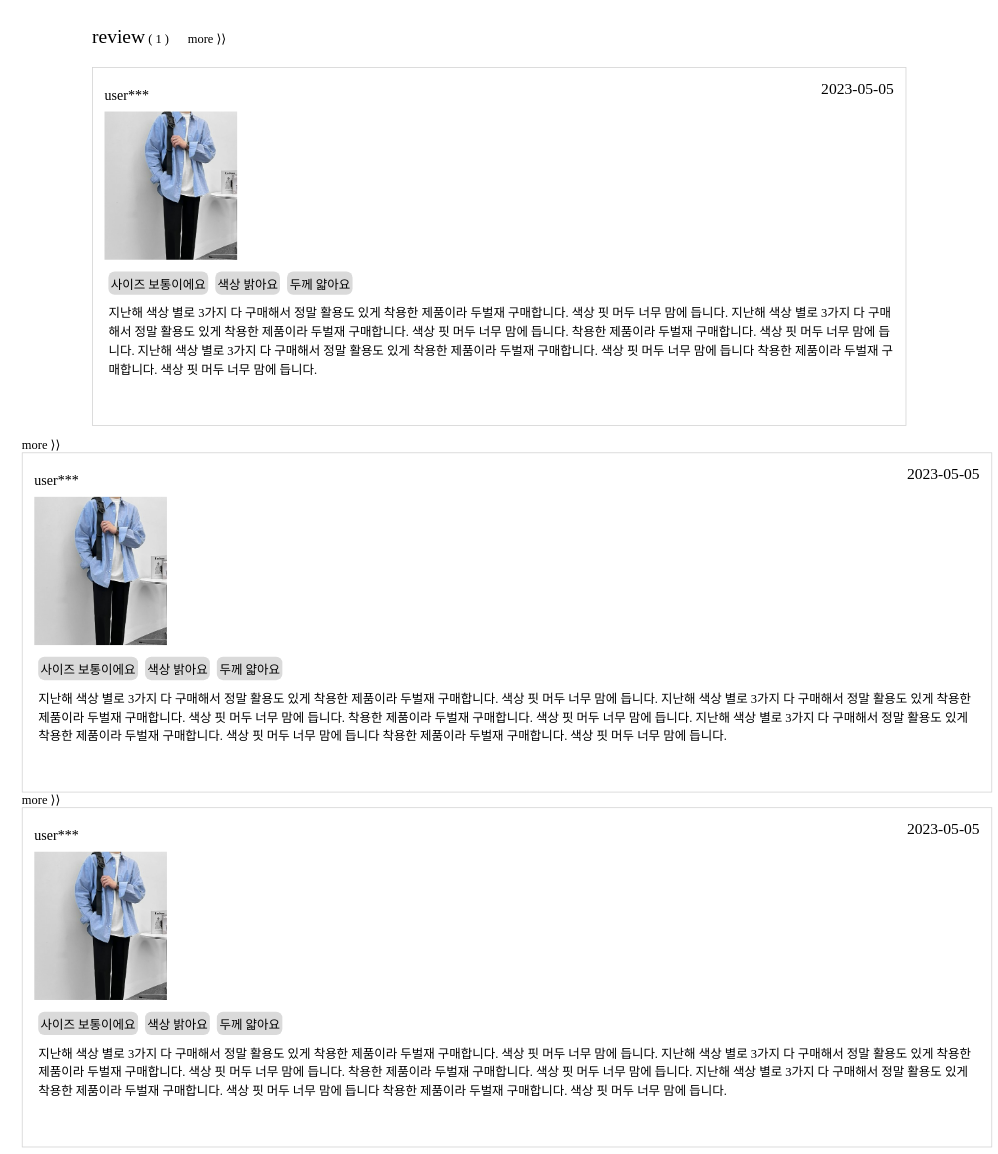
Repository: mcw9503/PassionForFashion
Page: Semi_Project/src/main/webapp/WEB-INF/reviewBoard.html
An editor plug-in stored every save of this project. The page is shown before and after the next save, followed by the edit.
The browser window is 1280 px wide. The pictures show the whole page, at 78% of full size.

Above is the page before, as saved 2023-05-08 13:41:05.

### Semi_Project/src/main/webapp/WEB-INF/reviewBoard.html
<!DOCTYPE html>
<html>
<head>
<meta charset="UTF-8">
<title>Insert title here</title>
</head>
<body>

<style>

.reviewComment {
	display: inline-block;
	background: rgb(218, 218, 218);
	border-radius: 8px;
	padding: 3px;
	color: black;
	margin-left: 5px;
}
</style>

<div class="reviewWrap"
		style="margin-left: 110px; margin-right: 110px; margin-top: 5px; margin-bottom: 15px;">
		<h3 style="display: inline-block; font-size: 25px; font-weight: 200;">review</h3>
		( <span>1</span> )
		<span style="margin-left: 20px; font-weight: 200;"> more &rang;&rang;</span>
		<div class="textbox" style="border: 1px solid lightgray; padding: 15px;">
			<div>
				<div class="nickName"
					style="font-size: 18px; margin-top: 10px; margin-bottom: 10px; display: inline-block; font-weight: 400;">user***</div>
				<span style="float: right; font-size: 20px; font-weight: 200;">2023-05-05</span>
			</div>
			<img src="img/review.jpg" alt=""
				style="width: 170px; height: 190px; display: inline-block; float: left; margin-bottom: 15px" />

			<div style="display: inline-block; width: 100%; margin-bottom: 30px;">
				<span class="reviewComment" style="font-weight: 400;">사이즈 보통이에요</span>
				<span class="reviewComment" style="font-weight: 400;">색상 밝아요</span>
				<span class="reviewComment" style="font-weight: 400;">두께 얇아요</span>

				<p style="margin-left: 5px; margin-top: 10px; font-weight: 200;">지난해 색상 별로 3가지 다
					구매해서 정말 활용도 있게 착용한 제품이라 두벌재 구매합니다. 색상 핏 머두 너무 맘에 듭니다. 지난해 색상 별로 3가지
					다 구매해서 정말 활용도 있게 착용한 제품이라 두벌재 구매합니다. 색상 핏 머두 너무 맘에 듭니다. 착용한 제품이라
					두벌재 구매합니다. 색상 핏 머두 너무 맘에 듭니다. 지난해 색상 별로 3가지 다 구매해서 정말 활용도 있게 착용한
					제품이라 두벌재 구매합니다. 색상 핏 머두 너무 맘에 듭니다 착용한 제품이라 두벌재 구매합니다. 색상 핏 머두 너무 맘에
					듭니다.</p>
			</div>
		</div>
	</div>

	<div class="reviewWrap"
		<span style="margin-left: 20px; font-weight: 200;"> more &rang;&rang;</span>
		<div class="textbox" style="border: 1px solid lightgray; padding: 15px;">
			<div>
				<div class="nickName"
					style="font-size: 18px; margin-top: 10px; margin-bottom: 10px; display: inline-block; font-weight: 400;">user***</div>
				<span style="float: right; font-size: 20px; font-weight: 200;">2023-05-05</span>
			</div>
			<img src="img/review.jpg" alt=""
				style="width: 170px; height: 190px; display: inline-block; float: left; margin-bottom: 15px" />

			<div style="display: inline-block; width: 100%; margin-bottom: 30px;">
				<span class="reviewComment" style="font-weight: 400;">사이즈 보통이에요</span>
				<span class="reviewComment" style="font-weight: 400;">색상 밝아요</span>
				<span class="reviewComment" style="font-weight: 400;">두께 얇아요</span>

				<p style="margin-left: 5px; margin-top: 10px; font-weight: 200;">지난해 색상 별로 3가지 다
					구매해서 정말 활용도 있게 착용한 제품이라 두벌재 구매합니다. 색상 핏 머두 너무 맘에 듭니다. 지난해 색상 별로 3가지
					다 구매해서 정말 활용도 있게 착용한 제품이라 두벌재 구매합니다. 색상 핏 머두 너무 맘에 듭니다. 착용한 제품이라
					두벌재 구매합니다. 색상 핏 머두 너무 맘에 듭니다. 지난해 색상 별로 3가지 다 구매해서 정말 활용도 있게 착용한
					제품이라 두벌재 구매합니다. 색상 핏 머두 너무 맘에 듭니다 착용한 제품이라 두벌재 구매합니다. 색상 핏 머두 너무 맘에
					듭니다.</p>
			</div>
		</div>
	</div>


	<div class="reviewWrap"
		<span style="margin-left: 20px; font-weight: 200;"> more &rang;&rang;</span>
		<div class="textbox" style="border: 1px solid lightgray; padding: 15px;">
			<div>
				<div class="nickName"
					style="font-size: 18px; margin-top: 10px; margin-bottom: 10px; display: inline-block; font-weight: 400;">user***</div>
				<span style="float: right; font-size: 20px; font-weight: 200;">2023-05-05</span>
			</div>
			<img src="img/review.jpg" alt=""
				style="width: 170px; height: 190px; display: inline-block; float: left; margin-bottom: 15px" />

			<div style="display: inline-block; width: 100%; margin-bottom: 30px;">
				<span class="reviewComment" style="font-weight: 400;">사이즈 보통이에요</span>
				<span class="reviewComment" style="font-weight: 400;">색상 밝아요</span>
				<span class="reviewComment" style="font-weight: 400;">두께 얇아요</span>

				<p style="margin-left: 5px; margin-top: 10px; font-weight: 200;">지난해 색상 별로 3가지 다
					구매해서 정말 활용도 있게 착용한 제품이라 두벌재 구매합니다. 색상 핏 머두 너무 맘에 듭니다. 지난해 색상 별로 3가지
					다 구매해서 정말 활용도 있게 착용한 제품이라 두벌재 구매합니다. 색상 핏 머두 너무 맘에 듭니다. 착용한 제품이라
					두벌재 구매합니다. 색상 핏 머두 너무 맘에 듭니다. 지난해 색상 별로 3가지 다 구매해서 정말 활용도 있게 착용한
					제품이라 두벌재 구매합니다. 색상 핏 머두 너무 맘에 듭니다 착용한 제품이라 두벌재 구매합니다. 색상 핏 머두 너무 맘에
					듭니다.</p>
			</div>
		</div>
	</div>




</body>
</html>

After the next save:
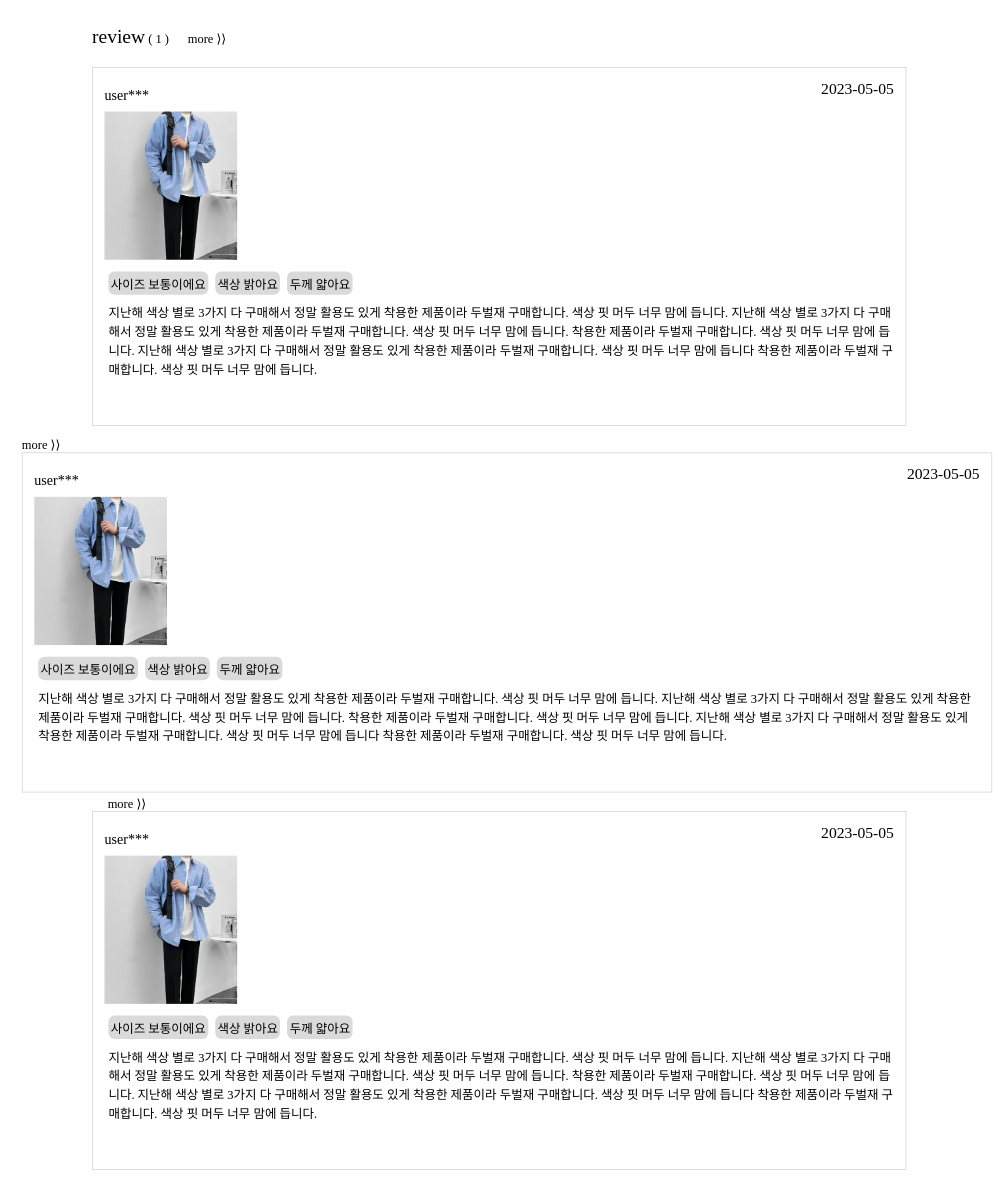
Saved 25 s later.
--- a/Semi_Project/src/main/webapp/WEB-INF/reviewBoard.html
+++ b/Semi_Project/src/main/webapp/WEB-INF/reviewBoard.html
@@ -75,6 +75,7 @@
 
 
 	<div class="reviewWrap"
+		style="margin-left: 110px; margin-right: 110px; margin-top: 5px; margin-bottom: 15px;">
 		<span style="margin-left: 20px; font-weight: 200;"> more &rang;&rang;</span>
 		<div class="textbox" style="border: 1px solid lightgray; padding: 15px;">
 			<div>
